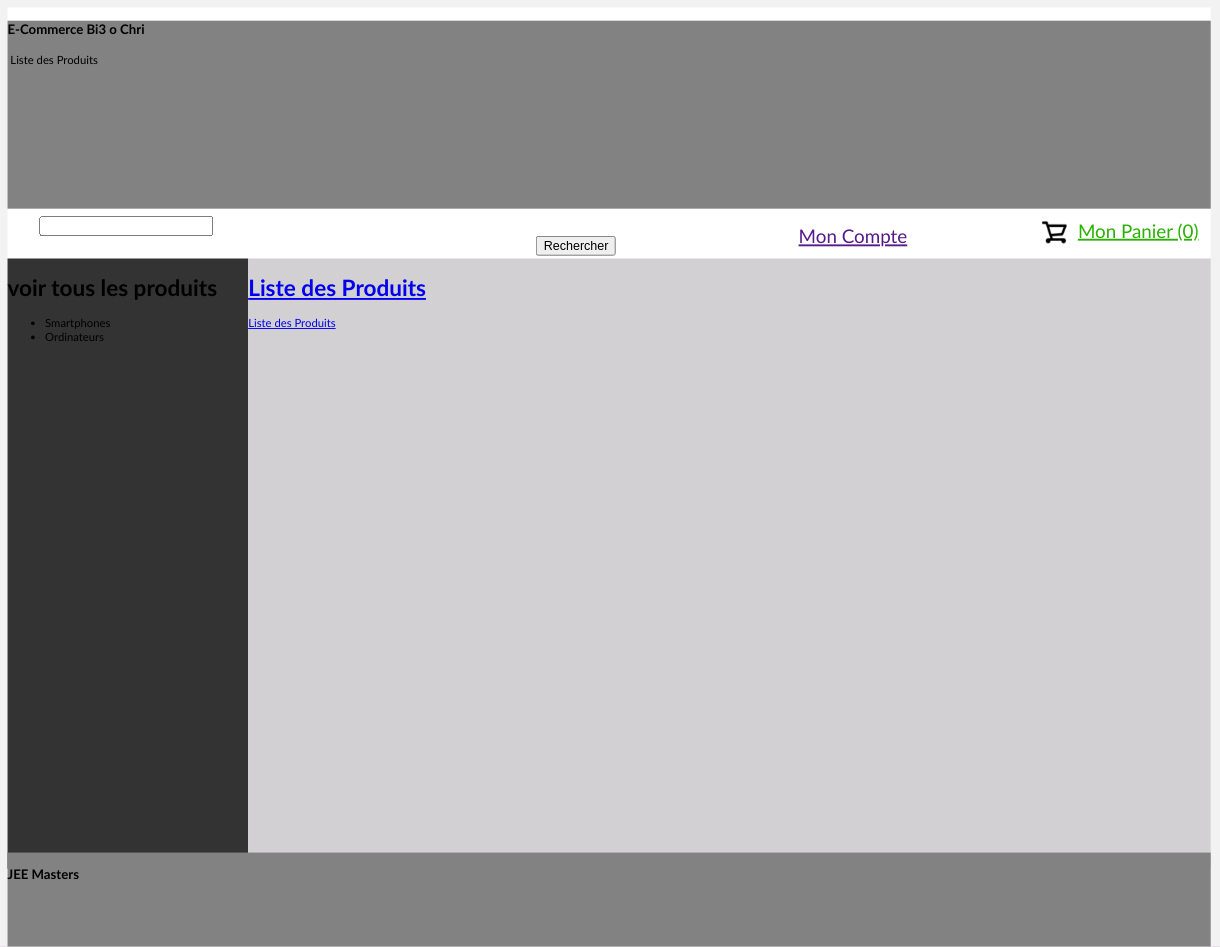
Repository: EBusinesss/Ebusiness
Page: http://localhost/EcomWEB/
The author's editor kept a copy of each file at every save. The page is drawn from the files as they stood at one save, then again after the next save.
The browser window is 1280 px wide. The page is 1298 px wide, so the pictures cover 1298 px, including what lies to the right of the window. The pictures show the whole page, at 94% of full size.
The page is served by Tomcat 9. Nobody is signed in. The application's start-up code is not run. Other server files are loaded and not shown.

Above is the page before, as saved 2014-12-25 16:08:06.

### Workspace/EcomWEB/WebContent/index.jsp
<%@ page language="java" contentType="text/html; charset=ISO-8859-1"
	pageEncoding="ISO-8859-1"%>


<!DOCTYPE html PUBLIC "-//W3C//DTD HTML 4.01 Transitional//EN" "http://www.w3.org/TR/html4/loose.dtd">
<html>
<head>
<script Src="./functions/functions.js" Language="javascript"
	type="text/javascript"></script>
<link rel="stylesheet" type="text/css" href="./style/style.css" />
<meta http-equiv="Content-Type" content="text/html; charset=ISO-8859-1">
<title>Insert title here</title>
</head>
<body>


	<div id="wrapper">

		<div id="header">
			<h3>E-Commerce Bi3 o Chri</h3>

			<table>
				<tr>
					<td><a onclick="listOfProducts()"> Liste des Produits </a></td>
				</tr>
			</table>

		</div>

		<div id="navigation">

			<table class="tableNavig">
				<tr>
					<td width="50%"><input type="text" id="nomProduitRecherche"
						height="10" width="25" align="right"
						onkeydown="if (event.keyCode==13) document.getElementById('btnSearch').click()">
						<div align="right">
							<button onclick="Rechercher()" type="button" id="btnSearch">Rechercher</button>
						</div></td>

					<td width="25%" align="right">
						<div class="Account">
							<div class="icn-Account"></div>
							<a href="" class="AccountLink">
								<span>Mon Compte</span>
							</a>
						</div>
					</td>


					<td width="25%" align="right">
						<div class="Basket">
							<div class="icn-Basket"></div>
							<a href="" class="HeaderLink"> <span
								class="bigger">Mon Panier (0)</span>
							</a>
						</div>
					</td>

				</tr>
			</table>


		</div>

		<div id="menuLateral">
			<h1>
				<a> voir tous les produits </a>
			</h1>

			<ul>
				<li>Smartphones</li>
				<li>Ordinateurs</li>
			</ul>
		</div>

		<div id="content">
			<h1>
				<a href="http://localhost:8080/EcomWEB/ListProductServlet">Liste
					des Produits </a><br>
			</h1>

			<a href="http://localhost:8080/EcomWEB/ListProductServlet">Liste
				des Produits </a>
		</div>

		<div id="footer">
			<h3>JEE Masters</h3>
		</div>

	</div>
</body>
</html>

### Workspace/EcomWEB/WebContent/functions/functions.js
function listOfProducts()
{
var xmlhttp;
if (window.XMLHttpRequest)
  {// code for IE7+, Firefox, Chrome, Opera, Safari
  xmlhttp=new XMLHttpRequest();
  }
else
  {// code for IE6, IE5
  xmlhttp=new ActiveXObject("Microsoft.XMLHTTP");
  }
xmlhttp.onreadystatechange=function()
  {
  if (xmlhttp.readyState==4 && xmlhttp.status==200)
    {
    document.getElementById("content").innerHTML = xmlhttp.responseText;
    }
  };
xmlhttp.open("GET","ProductServlet",true);
xmlhttp.send();
}


function Rechercher()
{
var xmlhttp;
var val = document.getElementById('nomProduitRecherche').value;

if (window.XMLHttpRequest)
  {// code for IE7+, Firefox, Chrome, Opera, Safari
  xmlhttp=new XMLHttpRequest();
  }
else
  {// code for IE6, IE5
  xmlhttp=new ActiveXObject("Microsoft.XMLHTTP");
  }
xmlhttp.onreadystatechange=function()
  {
  if (xmlhttp.readyState==4 && xmlhttp.status==200)
    {
    document.getElementById("content").innerHTML = xmlhttp.responseText;
    }
  };
xmlhttp.open("GET","RechercherProductServlet?val="+val,true);
xmlhttp.send();
}

### Workspace/EcomWEB/WebContent/style/style.css
@CHARSET "ISO-8859-1";

body{
	background: #f3f2f3;
	color: #000000;
	font-family: Trebuchet MS, Arial, Times New Roman;
	font-size: 12px;
}


#wrapper {
	background: #FFFFFF;
	width: 100%;
	height: 999px;
	position: absolute;
}

#header{
	background: #838283;
	width: 100%;
	height: 20%;
}

#navigation{
	padding: 5px;
	width: 100%;
	height: 3%;
}

.tableNavig{
	width: 98%;
	font-size: 20px;
	padding-right: 15px;
	float: right;
}

.Basket {
	float: right;
}

.Basket>div {
	width:40px;
	height:36px;
	background: url(../images/basket.png);
    background-size: 30px 30px;
    background-repeat: no-repeat;
    float: left;
}

.Basket>a {
	color: #29b001;
}

#menuLateral{
	background: #333333;
	float: left;
	width: 20%;
	height: 65%;
}


#content {
	background: #d2d0d2;
	float: right;
	width: 80%;
	height: 65%;
}

#footer {
	background: #838283;
	width: 100%;
	height: 10%;
	position: absolute;
	bottom: 0px;
}

a{
	cursor: pointer;
}

After the next save:
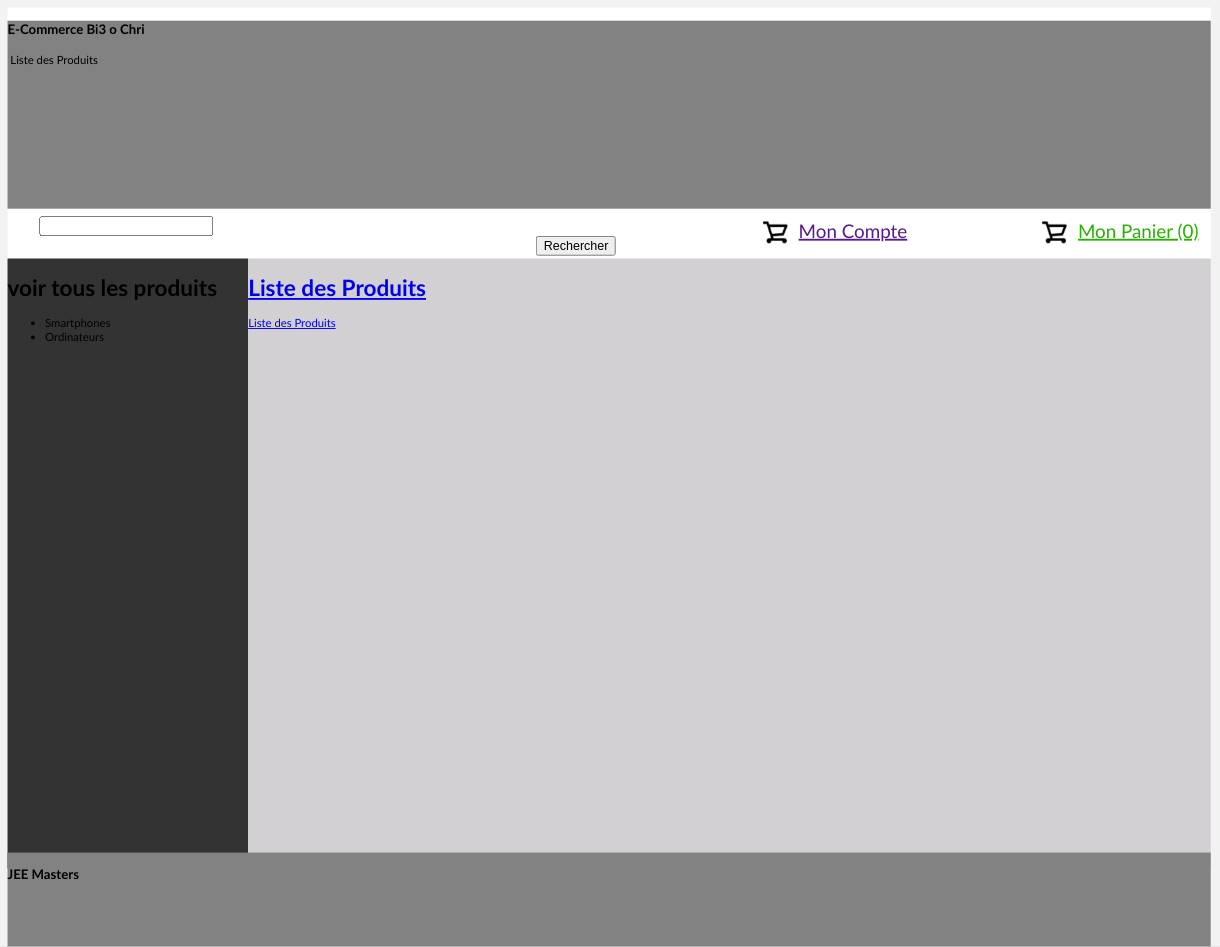
Saved 30 s later.
--- a/Workspace/EcomWEB/WebContent/style/style.css
+++ b/Workspace/EcomWEB/WebContent/style/style.css
@@ -32,6 +32,19 @@ body{
 	font-size: 20px;
 	padding-right: 15px;
 	float: right;
+}
+
+.Account {
+	float: right;
+}
+
+.Account>div {
+	width:40px;
+	height:36px;
+	background: url(../images/basket.png);
+    background-size: 30px 30px;
+    background-repeat: no-repeat;
+    float: left;
 }
 
 .Basket {
